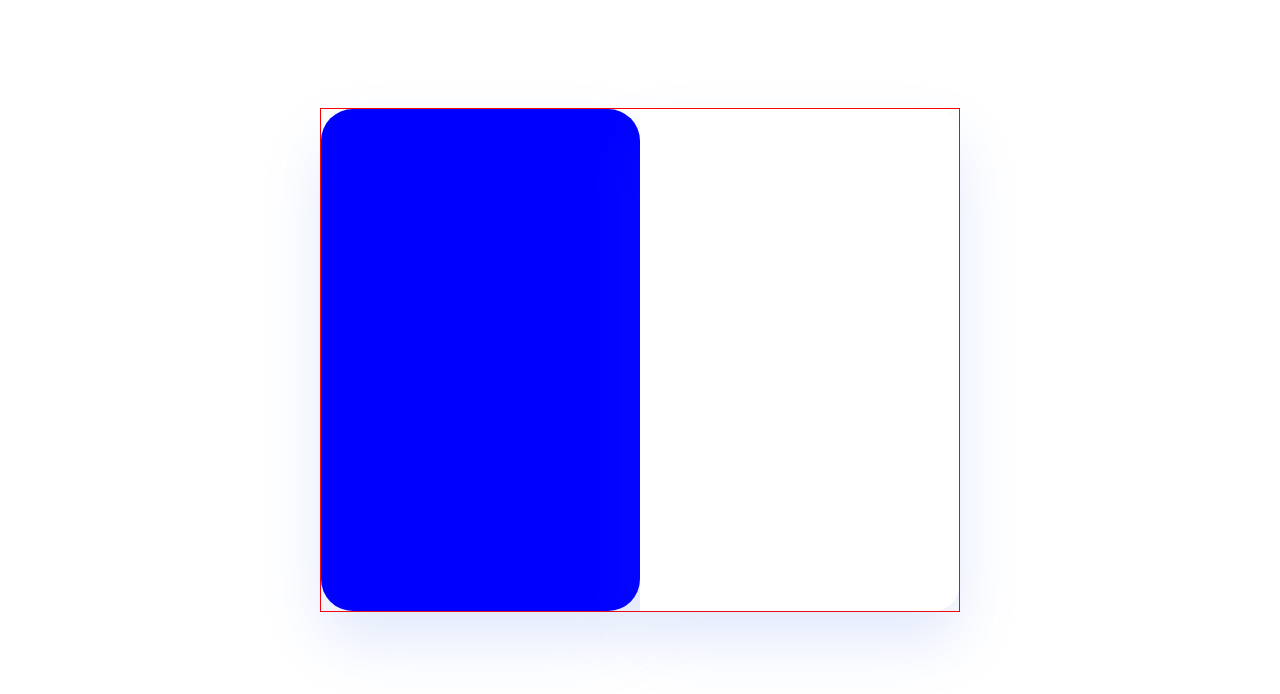
Repository: KamoliddinGIT/result-summary
Page: index.html
These files come from the project's save history. The page is drawn as it stood at one moment and after a run of saves; the edit follows.
The browser window is 1280 px wide. The pictures show the whole page.

Above is the page before, as saved 2023-09-08 15:31:20.

### index.html
<!DOCTYPE html>
<html lang="en">
  <head>
    <meta charset="UTF-8" />
    <meta name="viewport" content="width=device-width, initial-scale=1.0" />
    <link
      rel="icon"
      type="image/png"
      sizes="32x32"
      href="./assets/images/favicon-32x32.png"
    />
    <link rel="stylesheet" href="css/style.css" />
    <title>Frontend Mentor | Results summary component</title>
  </head>
  <body>
    <div class="container">
      <div class="result-box"></div>
      <div class="summary-box"></div>
    </div>

    <script src="js/index.js"></script>
  </body>
</html>

### css/style.css
* {
  margin: 0;
  padding: 0;
  box-sizing: border-box;
}

body {
  width: 100%;
  height: 100vh;
  display: flex;
  justify-content: center;
  align-items: center;
}

.container {
  width: 50%;
  display: flex;
  justify-content: center;
  align-items: center;
  height: 70%;
  background-color: #fff;
  border: 1px solid red;
}

.result-box {
  width: 50%;
  height: 100%;
  border-radius: 32px;
  background-color: blue;
  box-shadow: 0px 30px 60px 0px rgba(61, 108, 236, 0.15);
}

.summary-box {
  width: 50%;
  height: 100%;
  border-radius: 0 25px 25px 0;
  background-color: #fff;
  box-shadow: 0px 30px 60px 0px rgba(61, 108, 236, 0.15);
}

Loaded but not shown: js/index.js (common file)

After the next 2 saves:
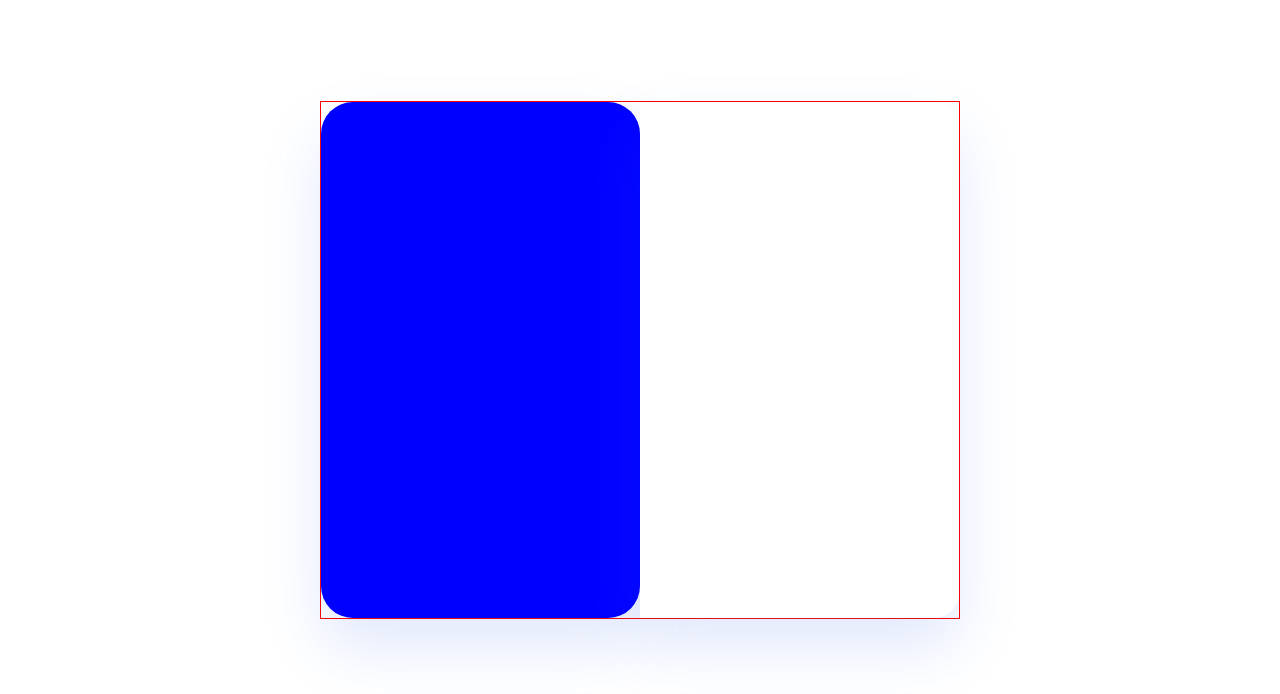
The 2 saves are shown as one change because they came seconds apart.
The last was saved 7 s later.
--- a/css/style.css
+++ b/css/style.css
@@ -17,7 +17,7 @@
   display: flex;
   justify-content: center;
   align-items: center;
-  height: 70%;
+  height: 72%;
   background-color: #fff;
   border: 1px solid red;
 }
